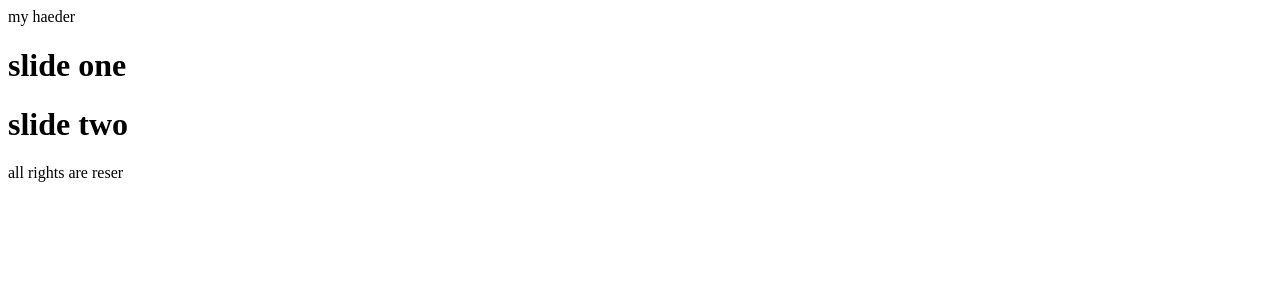
Repository: Yasinjan123/khanf
Page: git-project-one/index.html
These files come from the project's save history. The page is drawn as it stood at one moment and after a run of saves; the edit follows.
The browser window is 1280 px wide. The pictures show the whole page.

Above is the page before, as saved 2022-11-01 23:08:08.

### git-project-one/index.html
<!DOCTYPE html>
<html lang="en">
<head>
    <meta charset="UTF-8">
    <meta http-equiv="X-UA-Compatible" content="IE=edge">
    <meta name="viewport" content="width=device-width, initial-scale=1.0">
    <title>Document</title>
</head>
<body>
    <header>
        my haeder
    </header>
    </div class="banner"
    <img src="banner.jpg"alt="">
    </div>
    <div class="slider">
        <h1>slide one</h1>
        <h1>slide two</h1>
    </div>
    <footer>
        all rights are reser

After the next 8 saves:
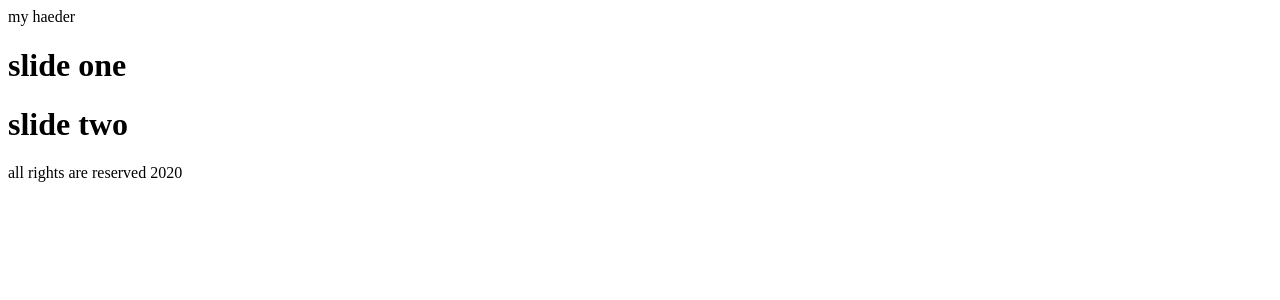
The 8 saves are shown as one change because they came seconds apart.
The last was saved 19 s later.
--- a/git-project-one/index.html
+++ b/git-project-one/index.html
@@ -18,4 +18,6 @@
         <h1>slide two</h1>
     </div>
     <footer>
-        all rights are reser
+        all rights are reserved 2020
+    </footer>
+    <script s
